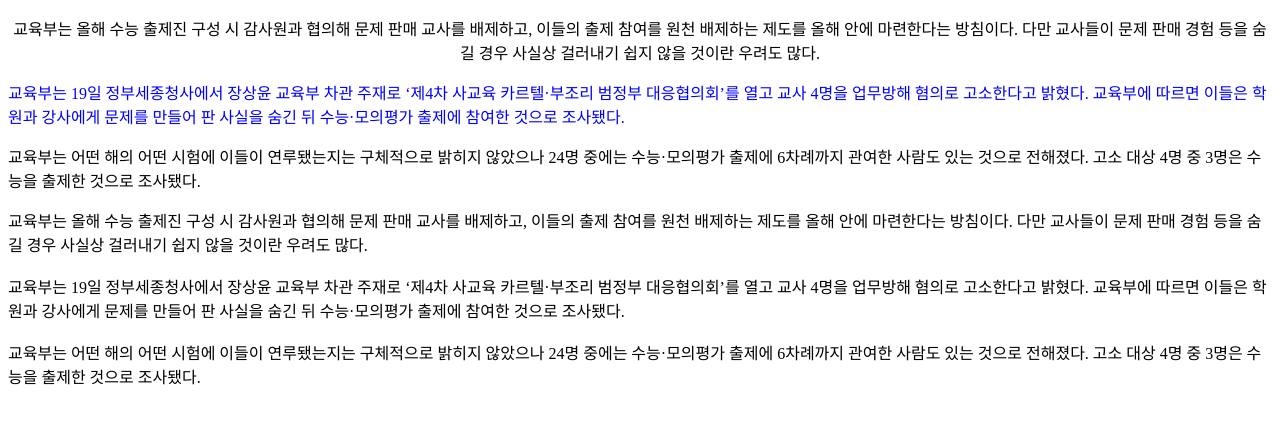
Repository: sujin9335/Front-end
Page: ClientTest/src/main/webapp/html/ex06_p.html
The author's editor kept a copy of each file at every save. The page is drawn from the files as they stood at one save, then again after the next save.
The browser window is 1280 px wide. The pictures show the whole page.

Above is the page before, as saved 2023-09-20 00:19:06.

After the next save:
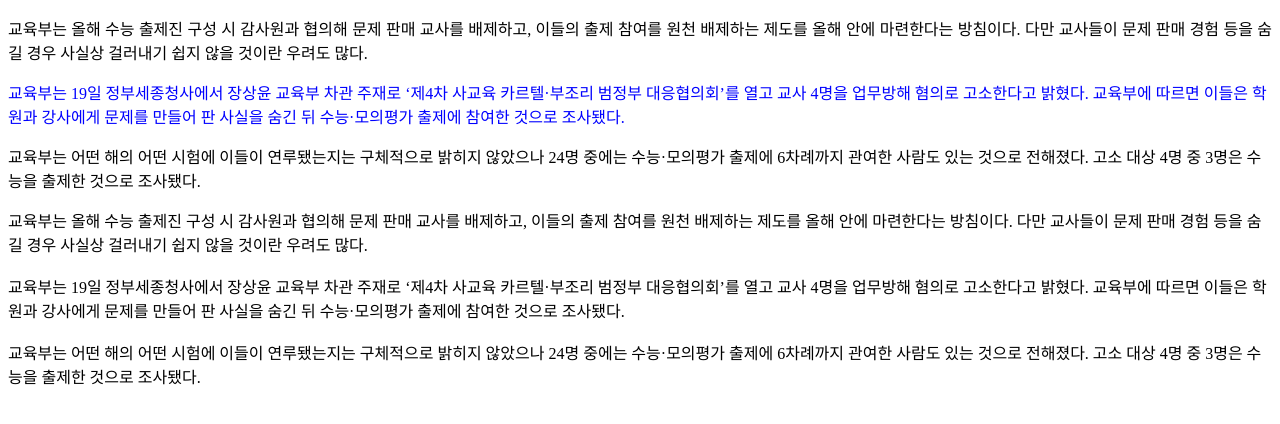
Saved 62 s later.
--- a/ClientTest/src/main/webapp/html/ex06_p.html
+++ b/ClientTest/src/main/webapp/html/ex06_p.html
@@ -26,7 +26,7 @@
 
 
 	-->
-	<p align="center">교육부는 올해 수능 출제진 구성 시 감사원과 협의해 문제 판매 교사를 배제하고, 이들의 출제 참여를 원천 배제하는 제도를 올해 안에 마련한다는 방침이다. 다만 교사들이 문제 판매 경험 등을 숨길 경우 사실상 걸러내기 쉽지 않을 것이란 우려도 많다. </p>
+	<p align="justify">교육부는 올해 수능 출제진 구성 시 감사원과 협의해 문제 판매 교사를 배제하고, 이들의 출제 참여를 원천 배제하는 제도를 올해 안에 마련한다는 방침이다. 다만 교사들이 문제 판매 경험 등을 숨길 경우 사실상 걸러내기 쉽지 않을 것이란 우려도 많다. </p>
 	<p style="color: blue;">교육부는 19일 정부세종청사에서 장상윤 교육부 차관 주재로 ‘제4차 사교육 카르텔·부조리 범정부 대응협의회’를 열고 교사 4명을 업무방해 혐의로 고소한다고 밝혔다. 교육부에 따르면 이들은 학원과 강사에게 문제를 만들어 판 사실을 숨긴 뒤 수능·모의평가 출제에 참여한 것으로 조사됐다. </p>
 	<p align="left">교육부는 어떤 해의 어떤 시험에 이들이 연루됐는지는 구체적으로 밝히지 않았으나 24명 중에는 수능·모의평가 출제에 6차례까지 관여한 사람도 있는 것으로 전해졌다. 고소 대상 4명 중 3명은 수능을 출제한 것으로 조사됐다. </p>
 
